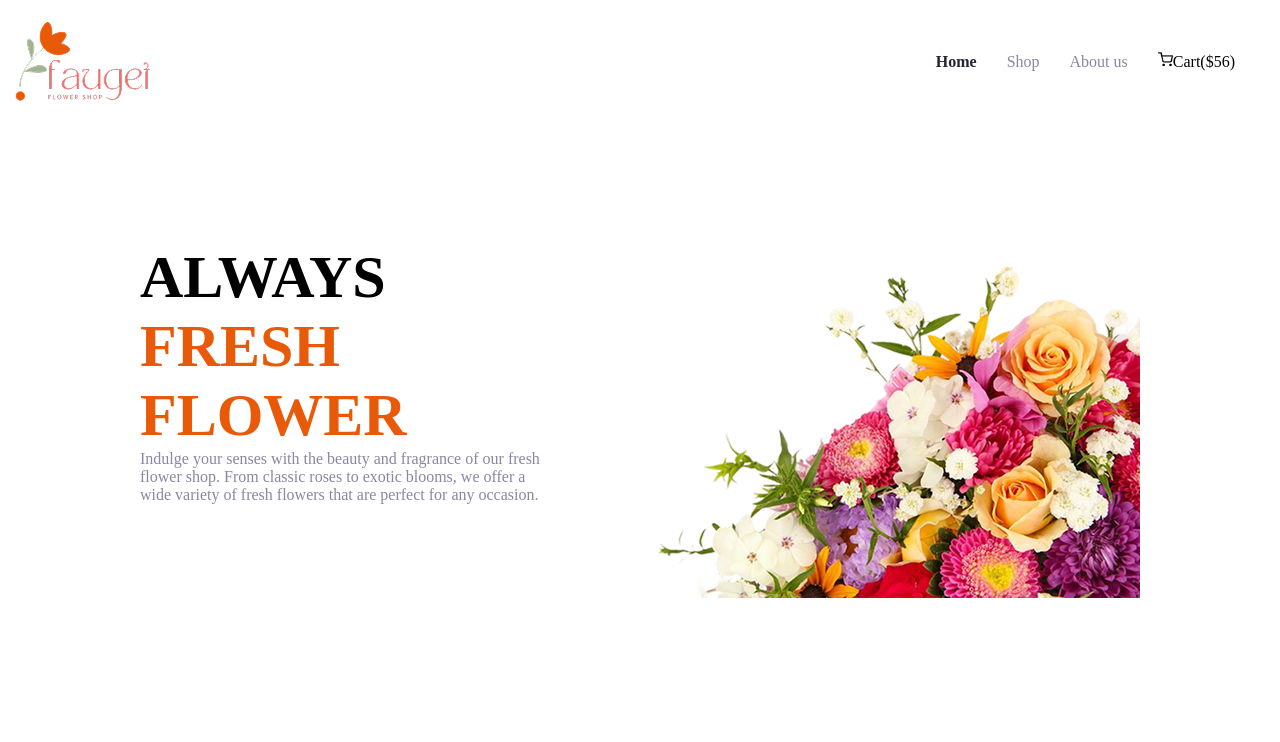
Repository: dollyrakhe22/Flowers-main-website
Page: index.html
These files come from the project's save history. The page is drawn as it stood at one moment and after the next save; the edit follows.
The browser window is 1280 px wide. The pictures show the whole page.
Some web libraries are served in a nearby version.

Above is the page before, as saved 2025-07-24 00:22:45.

### index.html
<!DOCTYPE html>
<html lang="en">
<head>
    <meta charset="UTF-8">
    <meta name="viewport" content="width=device-width, initial-scale=1.0">
    <title>Flowers Site</title>
    <link rel="stylesheet" href="style.css">
    <link rel="stylesheet" href="https://cdnjs.cloudflare.com/ajax/libs/font-awesome/7.0.0/css/all.min.css" integrity="sha512-DxV+EoADOkOygM4IR9yXP8Sb2qwgidEmeqAEmDKIOfPRQZOWbXCzLC6vjbZyy0vPisbH2SyW27+ddLVCN+OMzQ==" crossorigin="anonymous" referrerpolicy="no-referrer" />
</head>
<body >
    <header>
           <nav class="nav-bar display-flex">
                <img src="assets/logo.png" alt="" srcset="">


              <ul class="list-link display-flex">
                <li class="list-item text-black ">Home</li>
                <li class="list-item text-gray">Shop</li>
                <li class="list-item text-gray">About us</li>
                <li class="list-item"><img src="assets/shopping-cart (1).jpg" alt="" srcset=""width="15px" height="15px">Cart($56)</li>
             </ul>
           </nav>
 <!--Fresh Flowers-->
 <section class="flower-section display-flex">
  <div class="fresh-flower">
   <h1 class="flower-title ">ALWAYS <span class="primary-color">FRESH<br> FLOWER</span></h1>
   <p class="flower-decription text-gray">Indulge your senses with the beauty and fragrance of our fresh flower shop. From classic roses to exotic blooms,
     we offer a wide variety of fresh flowers that are perfect for any occasion. </p>
  </div>
  <div class="flower-img">
    <img src="assets/hero-flower.png" alt="" srcset="">
  </div>



 </section>











    </header>
    <main>

    </main>
    <footer>

    </footer>
</body>
</html>

### style.css
@import url('https://fonts.googleapis.com/css2?family=Noto+Serif:ital,wght@0,100..900;1,100..900&display=swap');

*{
    box-sizing: border-box;
    margin: 0;
    padding: 0;
}

.noto-serif-normal{
  font-family: "Noto Serif", serif;
  font-optical-sizing: auto;
  font-style: normal;

}
/*shared style*/
.display-flex{
    display: flex;
}
/*black*/
.text-black{
    color:#252432;
    font-weight: bold;
}
/*dark 02*/
.text-gray{
    color: #8987A1;
}
.primary-color{
    color:#E95A08;
}
/*navbar start*/
.nav-bar{
   justify-content: space-between;
   margin: 20px auto;
   max-width: 1250px;




}
.list-link{
    justify-items: center;
    justify-content: center;
    align-items: center;



}
nav ul li{
    list-style: none;
    margin-right: 30px;
}

/*Fresh Flower*/
.flower-section{
    max-width: 100%;
   margin: 140px;
   gap: 10px;
}
.flower-title{
      font-size: 3.75rem;
}
.flower-description{
    font-size: 30px;


}

After the next save:
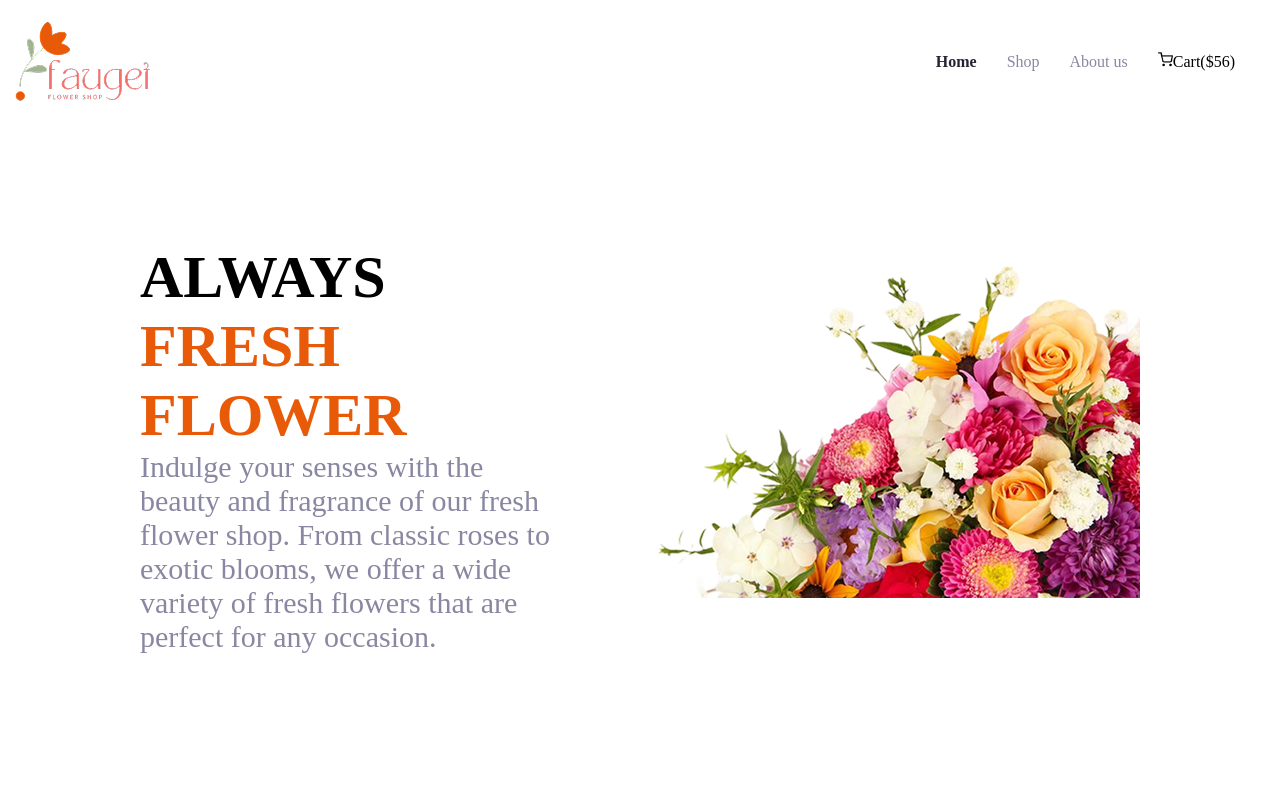
Saved 39 s later.
--- a/index.html
+++ b/index.html
@@ -24,7 +24,7 @@
  <section class="flower-section display-flex">
   <div class="fresh-flower">
    <h1 class="flower-title ">ALWAYS <span class="primary-color">FRESH<br> FLOWER</span></h1>
-   <p class="flower-decription text-gray">Indulge your senses with the beauty and fragrance of our fresh flower shop. From classic roses to exotic blooms,
+   <p class="flower-description text-gray">Indulge your senses with the beauty and fragrance of our fresh flower shop. From classic roses to exotic blooms,
      we offer a wide variety of fresh flowers that are perfect for any occasion. </p>
   </div>
   <div class="flower-img">

After the save that followed:
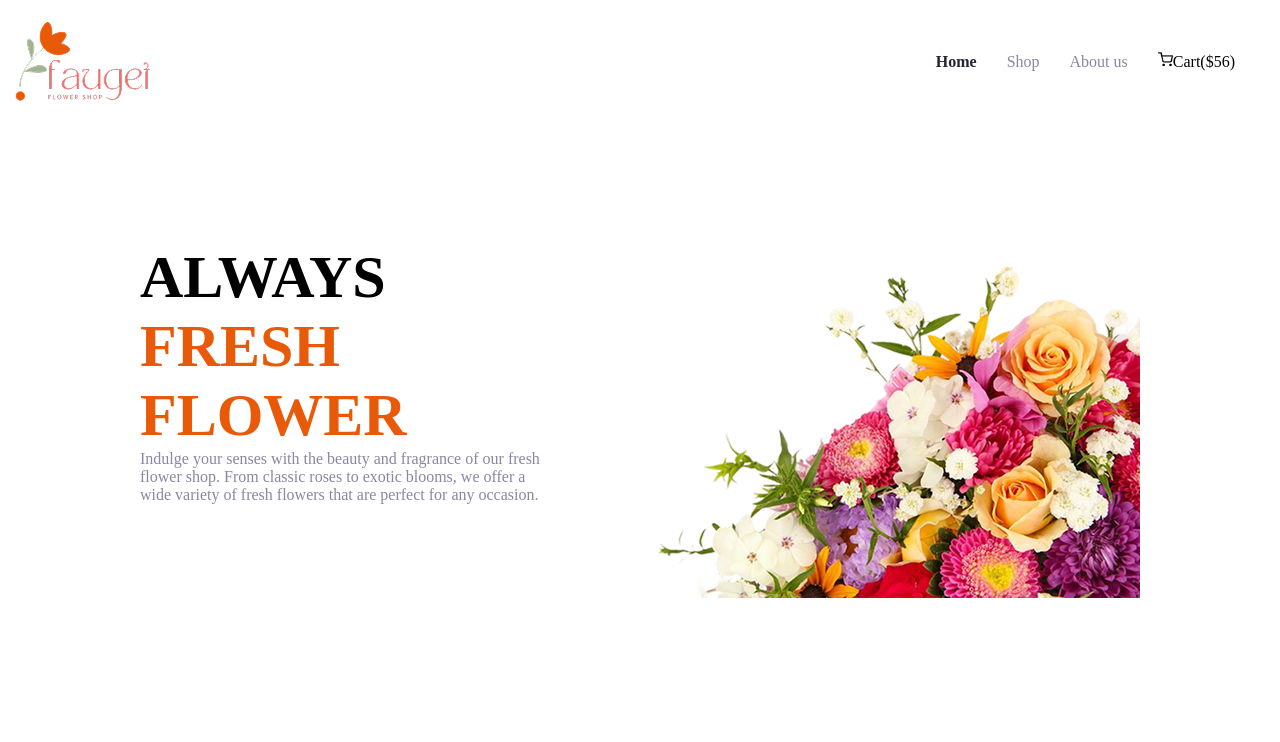
Saved 111 s later.
--- a/style.css
+++ b/style.css
@@ -61,7 +61,7 @@ nav ul li{
       font-size: 3.75rem;
 }
 .flower-description{
-    font-size: 30px;
+
 
 
 }
